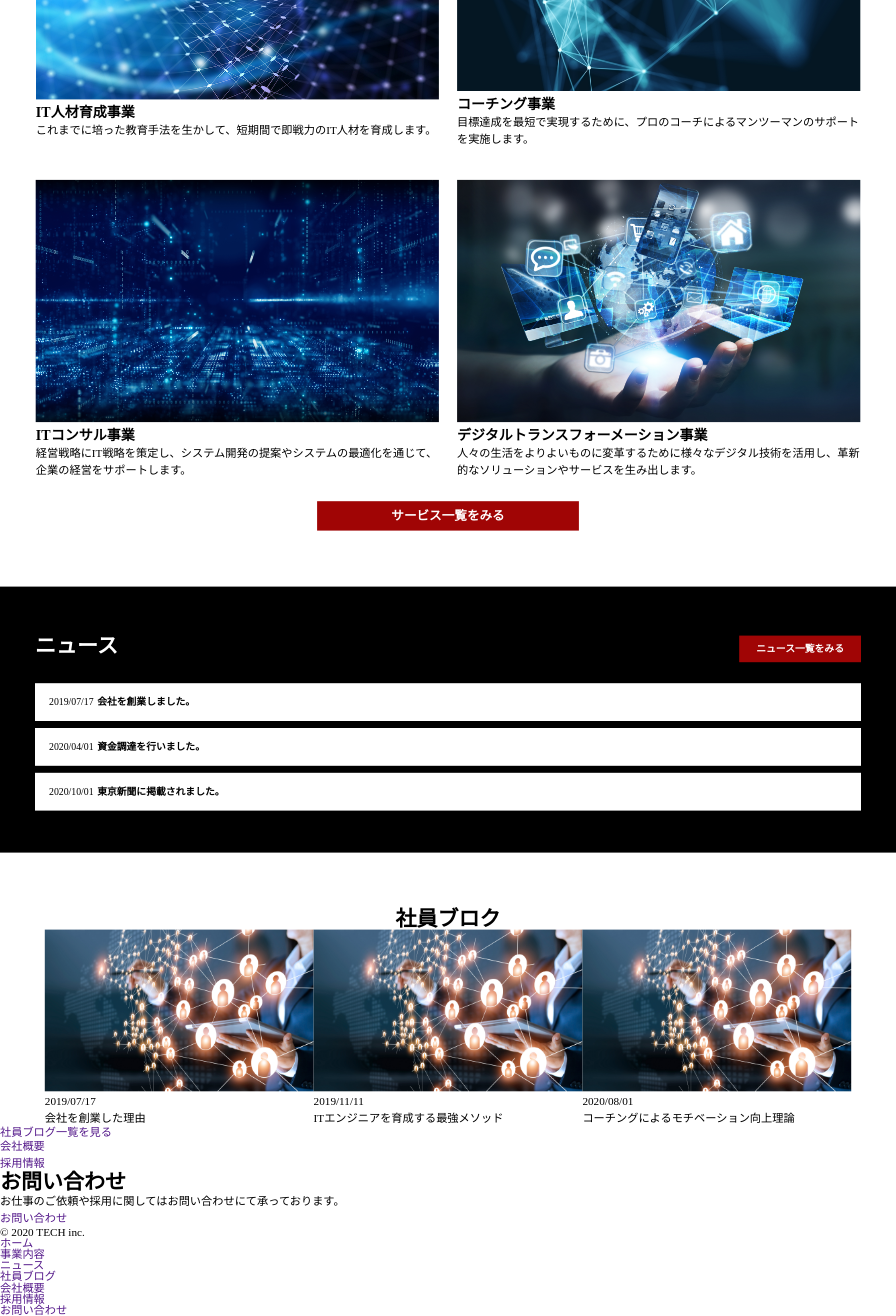
Repository: masanarimiura/20220516_miura
Page: index.html
These files come from the project's save history. The page is drawn as it stood at one moment and after the next save; the edit follows.
The browser window is 1280 px wide. The pictures show the part of the page from y = 1340 to 3260 px (the page is 3220 px tall before and 3260 px after), at 70% of full size.

Above is the page before, as saved 2022-05-13 20:36:47.

After the next save:
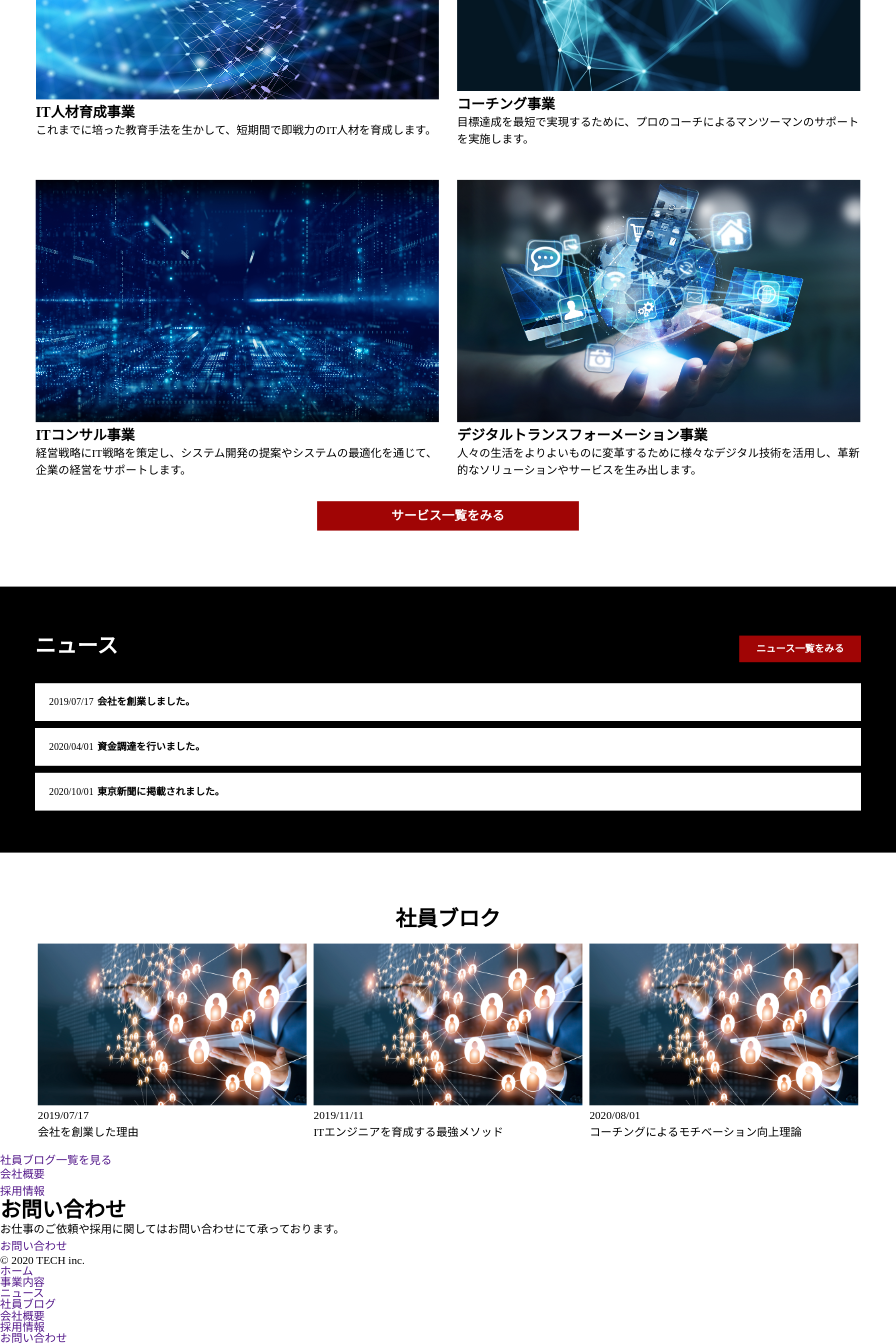
Saved 17 s later.
--- a/css/index.css
+++ b/css/index.css
@@ -158,7 +158,7 @@ p {
 }
 .blog__box {
   width: 30%;
-  m20-
+  margin: 20px 5px;
 }
 .blog__box img {
   width: 100%;
